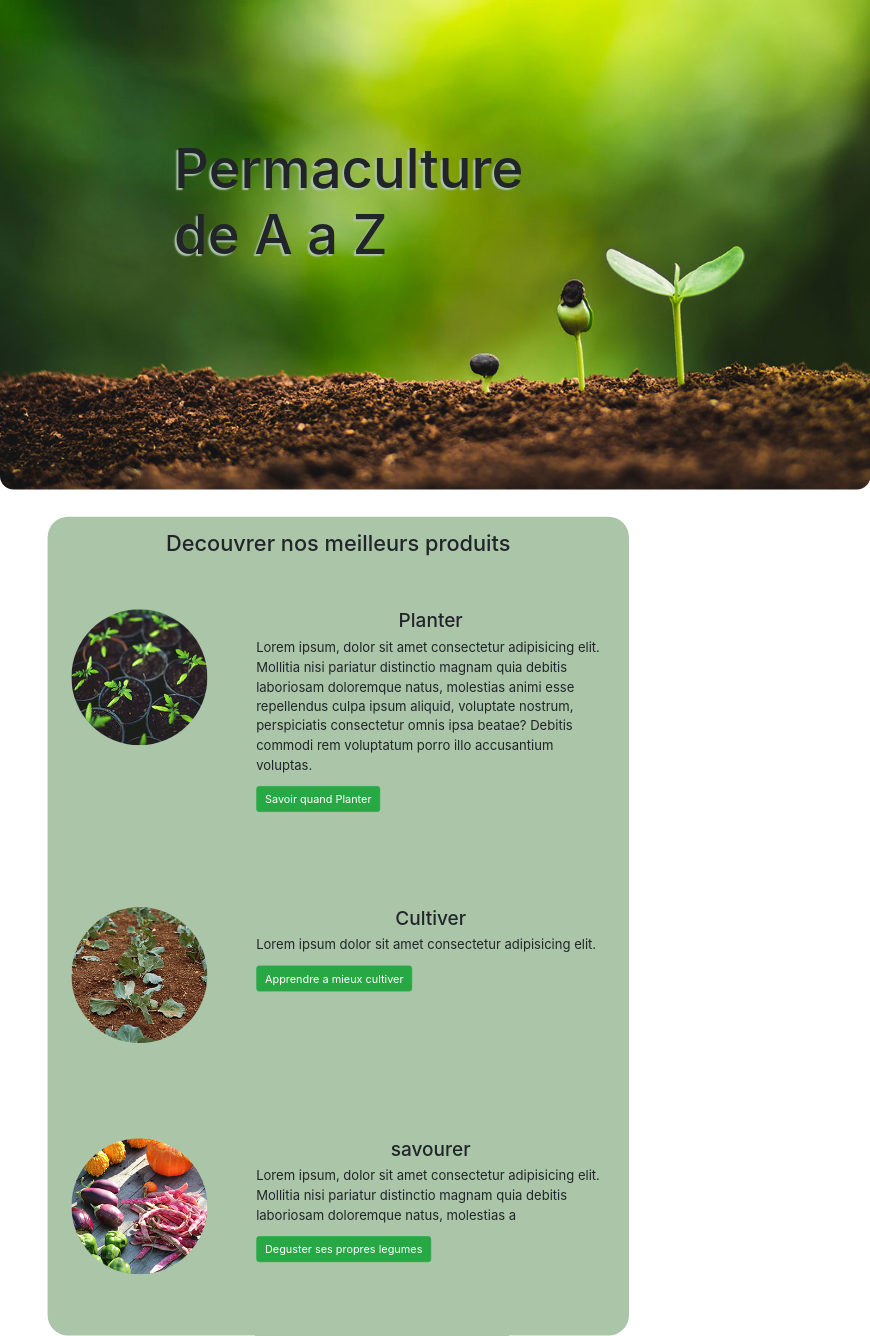
Repository: ahthionkevin/permaculture
Page: index.html
An editor plug-in stored every save of this project. The page is shown before and after the next save, followed by the edit.
The browser window is 1280 px wide. The pictures show the whole page, at 68% of full size.

Above is the page before, as saved 2021-07-06 21:55:54.

### index.html
<!DOCTYPE html>
<html lang="fr">
<head>
    <meta charset="UTF-8">
    <meta http-equiv="X-UA-Compatible" content="IE=edge">
    <meta name="viewport" content="width=device-width, initial-scale=1.0">
    <title>Document</title>
    <link rel="stylesheet" href="./bootstrap.css">
    <link rel="stylesheet" href="./style.css">
</head>
<body>
    <header>
        <h1>Permaculture <br>de A a Z</h1>
    </header>
    <div class="container">
        <div class="row">
            <div class="col-lg-9" id="leftPart">
                <h2>Decouvrer nos meilleurs produits</h2>
                <div class="container">
                    <div class="row element">
                        <div class="col-sm-4">
                            <img src="./media/planter.jpg" alt="planter">
                        </div>
                        <div class="col-sm-8">
                            <h3>Planter</h3>
                            <p>Lorem ipsum, dolor sit amet consectetur adipisicing elit. Mollitia nisi pariatur distinctio magnam quia debitis laboriosam doloremque natus, molestias animi esse repellendus culpa ipsum aliquid, voluptate nostrum, perspiciatis consectetur omnis ipsa beatae? Debitis commodi rem voluptatum porro illo accusantium voluptas.</p>
                            <button class="btn btn-success">Savoir quand Planter</button>
                        </div>
                    </div>

                    <div class="row element">
                        <div class="col-sm-4">
                            <img src="./media/cultiver.jpg" alt="cultiver">
                        </div>
                        <div class="col-sm-8">
                            <h3>Cultiver</h3>
                            <p>Lorem ipsum dolor sit amet consectetur adipisicing elit.</p>
                            <button class="btn btn-success">Apprendre a mieux cultiver</button>
                        </div>
                    </div>

                    <div class="row element">
                        <div class="col-sm-4">
                            <img src="./media/savourer.jpg" alt="savourer">
                        </div>
                        <div class="col-sm-8">
                            <h3>savourer</h3>
                            <p>Lorem ipsum, dolor sit amet consectetur adipisicing elit. Mollitia nisi pariatur distinctio magnam quia debitis laboriosam doloremque natus, molestias a</p>
                            <button class="btn btn-success">Deguster ses propres legumes</button>
                        </div>
                    </div>
                </div>
            </div>
            <div class="col-lg-3" id="rightPart">

            </div>
        </div>
    </div>

</body>
</html>

### style.css
html{
    scroll-behavior: smooth;
}

h2, h3, h4, .nav-item, #transition, footer{
    text-align: center;
}

header{
    background: url(./media/main.jpg) no-repeat 50% 50%;
    background-size: cover;
    height: 100vh;
    border-radius: 0 0 20px 20px;
    margin-bottom: 40px;
}

h1{
    font-size: 5rem;
    padding: 200px 0 0 20%;
    text-shadow: -3px 3px 2px #abc5a9;
    animation: titre ease 3.5s;
}

@keyframes titre {
    0%{
        opacity: 0;
        transform: translate(0px,180px);
    }
    100%{
        opacity: 1;
        transform: translate(0px,0px);
    }
}


/* *******************LEFT PART***************** */
#leftPart{
    background-color: #abc5a9;
    border-radius: 30px;
    padding: 20px;
}

.element{
    padding: 70px 0;
}

.element img{
    border-radius: 50%;
    width: 200px;
}

.element p{
    font-size: 1.2rem;
    display: -webkit-box;
    -webkit-box-orient: vertical;
}

Loaded but not shown: bootstrap.css (library)

After the next save:
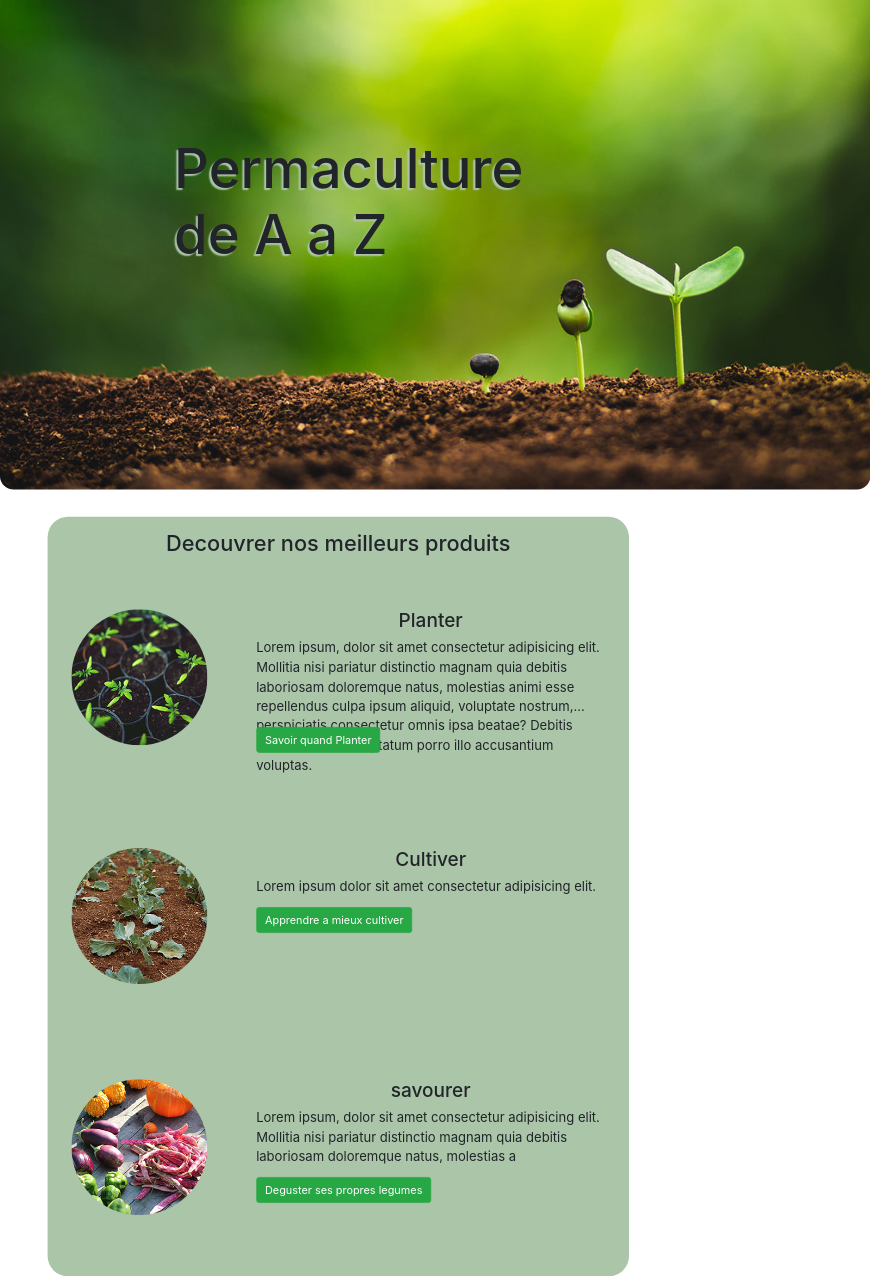
Saved 24 s later.
--- a/style.css
+++ b/style.css
@@ -53,4 +53,5 @@ h1{
     font-size: 1.2rem;
     display: -webkit-box;
     -webkit-box-orient: vertical;
+    -webkit-line-clamp: 4;
 }
